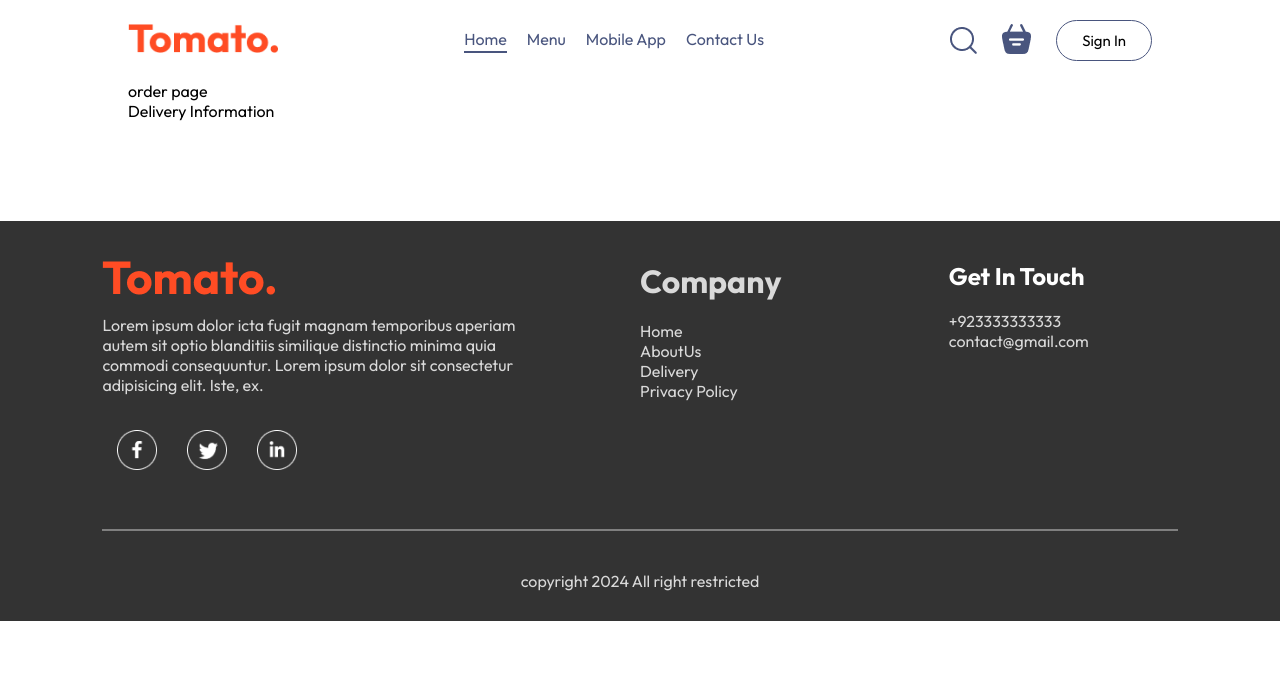
Repository: Attar786/Food-ordering-app
Page: /order (app in frontend/)
These files come from the project's save history. The page is drawn as it stood at one moment and after the next save; the edit follows.
The browser window is 1280 px wide. The pictures show the whole page.
The project was rebuilt for these pictures with package versions that can differ from the ones it lists, and the page was loaded fresh each time. Also part of the build but not shown: frontend/vite.config.js, frontend/src/components/Header/Header.css, frontend/src/components/Header/Header.jsx, frontend/src/components/ExploreMenu/ExploreMenu.css, frontend/src/components/ExploreMenu/ExploreMenu.jsx, frontend/src/components/FoodDisplay/FoodDisplay.css, frontend/src/components/FoodItem/FoodItem.css, frontend/src/components/FoodItem/FoodItem.jsx and 9 more.

Above is the page before, as saved 2024-07-30 20:28:04.

### frontend/src/main.jsx
import ReactDOM from 'react-dom/client'
import App from './App.jsx'
import './index.css'
import {BrowserRouter} from 'react-router-dom'
import StoreContextProvider from './context/StoreContext.jsx'
ReactDOM.createRoot(document.getElementById('root')).render(
<BrowserRouter>

<StoreContextProvider>
<App />
</StoreContextProvider>

    </BrowserRouter>
)

### frontend/src/App.jsx
import './index.css'
import Navbar from "./components/Navbar/Navbar"
import Home from './pages/Home/Home'
import Cart from './pages/Cart/Cart'
import PlaceOrder from './pages/PlaceOrder/PlaceOrder'
import { Route, Routes } from 'react-router-dom'
import Footer from './components/Footer/Footer'

import LoginPopup from './components/LoginPopup/LoginPopup'
import { useState } from 'react'
function App() {
  const [showLogin, setShowLogin] = useState(false);

  return (
    <>
  {showLogin?<LoginPopup setShowLogin={setShowLogin}/>:<></>}
  <div className='app'>
  <Navbar setShowLogin = {setShowLogin} />
<Routes>
<Route path='/' element={<Home/>}/>
<Route path='/cart' element={<Cart/>}/>
<Route path='/order' element={<PlaceOrder/>}/>
</Routes>
  </div>
  <Footer/>
    </>
  )
}

export default App

### frontend/src/index.css
@import url('https://fonts.googleapis.com/css2?family=Outfit:wght@100..900&display=swap');


*{
margin: 0;
padding: 0;
 box-sizing: border-box;
 font-family: outfit;
 scroll-behavior: smooth;
}
body{
height: 100vh;
}
a{
text-decoration: none;
color : inherit;
}
.app{
    width: 80%;
    margin: auto;
}
@keyframes fadeIn{
    0%{
        opacity: 0;
    }
    100%{
        opacity: 1;
    }
}

### frontend/src/context/StoreContext.jsx
import "./StoreContext.css";
import { createContext,useState } from "react";
import { food_list } from "../assets/assets"; // Ensure this path is correct and food_list is correctly exported

export const StoreContext = createContext(null);

const StoreContextProvider = (props) => {
  const [cartItems, setCartItems] = useState({});

  const addToCart = (itemId) => {
    if (!cartItems[itemId]) {
      setCartItems((prev) => ({ ...prev, [itemId]: 1 }));
    } else {
      setCartItems((prev) => ({ ...prev, [itemId]: prev[itemId] + 1 }));
    }
  };

  const removeFromCart = (itemId) => {
    setCartItems((prev) => {
      const newCount = prev[itemId] - 1;
      if (newCount <= 0) {
        const { [itemId]: _, ...rest } = prev;
        return rest;
      } else {
        return { ...prev, [itemId]: newCount };
      }
    });
  };

  const getTotalCartAmount = () => {
    let totalAmount = 0;
    for (const item in cartItems) {
      if (cartItems[item] > 0) {
        let itemInfo = food_list.find((product)=>product._id === item);
        totalAmount += itemInfo.price * cartItems[item];
      }
    }
    return totalAmount;
  }

  // useEffect(() => {
  //   console.log(cartItems);
  // }, [cartItems]);

  const contextValue = {
    food_list,
    cartItems,
    setCartItems,
    addToCart,
    removeFromCart,
    getTotalCartAmount
  };

  return (
    <StoreContext.Provider value={contextValue}>
      {props.children}
    </StoreContext.Provider>
  );
};

export default StoreContextProvider;

### frontend/src/components/Navbar/Navbar.jsx
import { useContext, useState } from 'react';
import './Navbar.css';
import { assets } from '../../assets/assets';
import { Link } from 'react-router-dom'
import { StoreContext } from '../../context/StoreContext';
const Navbar = ({setShowLogin}) => {
  const [menu, setMenu] = useState("home");
  const { getTotalCartAmount}= useContext(StoreContext);
  const handleMenuClick = (menuItem) => {
    setMenu(menuItem);
  };

  return (
<>
<div className="navbar">
    <Link to='/'> <img src={assets.logo} alt="Logo" className="logo" /></Link>
      <ul className="navbar-menu">
        <Link to='/' onClick={() => handleMenuClick("home")} className={menu === "home" ? "active" : ""}>Home</Link>
        <a href='#explore-menu' onClick={() => handleMenuClick("menu")} className={menu === "menu" ? "active" : ""}>Menu</a>
        <a href='#app-download' onClick={() => handleMenuClick("mobile-app")} className={menu === "mobile-app" ? "active" : ""}>Mobile App</a>
        <a href='#footer' onClick={() => handleMenuClick("contact-us")} className={menu === "contact-us" ? "active" : ""}>Contact Us</a>
      </ul>
      <div className="navbar-right">
        <img src={assets.search_icon} alt="search-icon" />
        <div>
         <Link to='/cart'> <img src={assets.basket_icon} alt="icons" /></Link>
          <div className={getTotalCartAmount()===0?"":"dot" }></div>
        </div>
        <button onClick={()=>setShowLogin(true)} >Sign In</button>

      </div>

    </div>

</>
  );
}


export default Navbar;

### frontend/src/pages/PlaceOrder/PlaceOrder.jsx
import './PlaceOrder.css'
const PlaceOrder = () => {
  return (

<form>order page

  <div className="place-order-left">
    <p className="title">Delivery Information</p>
    </div>
</form>
  )
}

export default PlaceOrder

### frontend/src/components/Footer/Footer.jsx
import "./Footer.css"
import { assets } from "../../assets/assets"
const Footer = () => {
  return (
    <div className="footer" id="footer">
<div className="footer-content">
    <div className="footer-content-left">
        <img src={assets.logo} alt="fsf" />
    <p>  Lorem ipsum dolor icta fugit magnam temporibus aperiam autem sit optio blanditiis similique distinctio minima quia commodi consequuntur. Lorem ipsum dolor sit consectetur adipisicing elit. Iste, ex.</p>
    <div className="footer-social-icons">
        <img src={assets.facebook_icon} alt="" />
        <img src={assets.twitter_icon} alt="" />
        <img src={assets.linkedin_icon} alt="" />
    </div>

    </div>
    <div className="footer-content-center">
    <h1>Company</h1>
        <ul>
        <li>Home</li>
        <li>AboutUs</li>
        <li>Delivery</li>
        <li>Privacy Policy</li>
        </ul>
    </div>
    <div className="footer-content-right">
        <h2>Get In Touch</h2>
        <ul>
            <li>
                +923333333333
            </li>
            <li>
                contact@gmail.com
            </li>
        </ul>
    </div>
</div>
<hr/>
<p className="footer-copyright">
copyright 2024 All right restricted
</p>

    </div>
  )
}

export default Footer

### frontend/src/assets/assets.js
import basket_icon from './basket_icon.png'
import logo from './logo.png'
import header_img from './header_img.png'
import search_icon from './search_icon.png'
import menu_1 from './menu_1.png'
import menu_2 from './menu_2.png'
import menu_3 from './menu_3.png'
import menu_4 from './menu_4.png'
import menu_5 from './menu_5.png'
import menu_6 from './menu_6.png'
import menu_7 from './menu_7.png'
import menu_8 from './menu_8.png'

import food_1 from './food_1.png'
import food_2 from './food_2.png'
import food_3 from './food_3.png'
import food_4 from './food_4.png'
import food_5 from './food_5.png'
import food_6 from './food_6.png'
import food_7 from './food_7.png'
import food_8 from './food_8.png'
import food_9 from './food_9.png'
import food_10 from './food_10.png'
import food_11 from './food_11.png'
import food_12 from './food_12.png'
import food_13 from './food_13.png'
import food_14 from './food_14.png'
import food_15 from './food_15.png'
import food_16 from './food_16.png'
import food_17 from './food_17.png'
import food_18 from './food_18.png'
import food_19 from './food_19.png'
import food_20 from './food_20.png'
import food_21 from './food_21.png'
import food_22 from './food_22.png'
import food_23 from './food_23.png'
import food_24 from './food_24.png'
import food_25 from './food_25.png'
import food_26 from './food_26.png'
import food_27 from './food_27.png'
import food_28 from './food_28.png'
import food_29 from './food_29.png'
import food_30 from './food_30.png'
import food_31 from './food_31.png'
import food_32 from './food_32.png'

import add_icon_white from './add_icon_white.png'
import add_icon_green from './add_icon_green.png'
import remove_icon_red from './remove_icon_red.png'
import app_store from './app_store.png'
import play_store from './play_store.png'
import linkedin_icon from './linkedin_icon.png'
import facebook_icon from './facebook_icon.png'
import twitter_icon from './twitter_icon.png'
import cross_icon from './cross_icon.png'
import selector_icon from './selector_icon.png'
import rating_starts from './rating_starts.png'
import profile_icon from './profile_icon.png'
import bag_icon from './bag_icon.png'
import logout_icon from './logout_icon.png'
import parcel_icon from './parcel_icon.png'

export const assets = {
    logo,
    basket_icon,
    header_img,
    search_icon,
    rating_starts,
    add_icon_green,
    add_icon_white,
    remove_icon_red,
    app_store,
    play_store,
    linkedin_icon,
    facebook_icon,
    twitter_icon,
    cross_icon,
    selector_icon,
    profile_icon,
    logout_icon,
    bag_icon,
    parcel_icon
}

export const menu_list = [
    {
        menu_name: "Salad",
        menu_image: menu_1
    },
    {
        menu_name: "Rolls",
        menu_image: menu_2
    },
    {
        menu_name: "Deserts",
        menu_image: menu_3
    },
    {
        menu_name: "Sandwich",
        menu_image: menu_4
    },
    {
        menu_name: "Cake",
        menu_image: menu_5
    },
    {
        menu_name: "Pure Veg",
        menu_image: menu_6
    },
    {
        menu_name: "Pasta",
        menu_image: menu_7
    },
    {
        menu_name: "Noodles",
        menu_image: menu_8
    }]

export const food_list = [
    {
        _id: "1",
        name: "Greek salad",
        image: food_1,
        price: 120,
        description: "Food provides essential nutrients for overall health and well-being",
        category: "Salad"
    },
    {
        _id: "2",
        name: "Veg salad",
        image: food_2,
        price: 180,
        description: "Food provides essential nutrients for overall health and well-being",
        category: "Salad"
    }, {
        _id: "3",
        name: "Clover Salad",
        image: food_3,
        price: 160,
        description: "Food provides essential nutrients for overall health and well-being",
        category: "Salad"
    }, {
        _id: "4",
        name: "Chicken Salad",
        image: food_4,
        price: 240,
        description: "Food provides essential nutrients for overall health and well-being",
        category: "Salad"
    }, {
        _id: "5",
        name: "Lasagna Rolls",
        image: food_5,
        price: 350,
        description: "Food provides essential nutrients for overall health and well-being",
        category: "Rolls"
    }, {
        _id: "6",
        name: "Peri Peri Rolls",
        image: food_6,
        price: 400,
        description: "Food provides essential nutrients for overall health and well-being",
        category: "Rolls"
    }, {
        _id: "7",
        name: "Chicken Rolls",
        image: food_7,
        price: 600,
        description: "Food provides essential nutrients for overall health and well-being",
        category: "Rolls"
    }, {
        _id: "8",
        name: "Veg Rolls",
        image: food_8,
        price: 250,
        description: "Food provides essential nutrients for overall health and well-being",
        category: "Rolls"
    }, {
        _id: "9",
        name: "Ripple Ice Cream",
        image: food_9,
        price: 400,
        description: "Food provides essential nutrients for overall health and well-being",
        category: "Deserts"
    }, {
        _id: "10",
        name: "Fruit Ice Cream",
        image: food_10,
        price: 450,
        description: "Food provides essential nutrients for overall health and well-being",
        category: "Deserts"
    }, {
        _id: "11",
        name: "Jar Ice Cream",
        image: food_11,
        price: 1000,
        description: "Food provides essential nutrients for overall health and well-being",
        category: "Deserts"
    }, {
        _id: "12",
        name: "Vanilla Ice Cream",
        image: food_12,
        price: 700,
        description: "Food provides essential nutrients for overall health and well-being",
        category: "Deserts"
    },
    {
        _id: "13",
        name: "Chicken Sandwich",
        image: food_13,
        price: 580,
        description: "Food provides essential nutrients for overall health and well-being",
        category: "Sandwich"
    },
    {
        _id: "14",
        name: "Vegan Sandwich",
        image: food_14,
        price: 400,
        description: "Food provides essential nutrients for overall health and well-being",
        category: "Sandwich"
    }, {
        _id: "15",
        name: "Grilled Sandwich",
        image: food_15,
        price: 900,
        description: "Food provides essential nutrients for overall health and well-being",
        category: "Sandwich"
    }, {
        _id: "16",
        name: "Bread Sandwich",
        image: food_16,
        price: 700,
        description: "Food provides essential nutrients for overall health and well-being",
        category: "Sandwich"
    }, {
        _id: "17",
        name: "Cup Cake",
        image: food_17,
        price: 300,
        description: "Food provides essential nutrients for overall health and well-being",
        category: "Cake"
    }, {
        _id: "18",
        name: "Vegan Cake",
        image: food_18,
        price: 400,
        description: "Food provides essential nutrients for overall health and well-being",
        category: "Cake"
    }, {
        _id: "19",
        name: "Butterscotch Cake",
        image: food_19,
        price: 350,
        description: "Food provides essential nutrients for overall health and well-being",
        category: "Cake"
    }, {
        _id: "20",
        name: "Sliced Cake",
        image: food_20,
        price: 450,
        description: "Food provides essential nutrients for overall health and well-being",
        category: "Cake"
    }, {
        _id: "21",
        name: "Garlic Mushroom ",
        image: food_21,
        price:650,
        description: "Food provides essential nutrients for overall health and well-being",
        category: "Pure Veg"
    }, {
        _id: "22",
        name: "Fried Cauliflower",
        image: food_22,
        price: 800,
        description: "Food provides essential nutrients for overall health and well-being",
        category: "Pure Veg"
    }, {
        _id: "23",
        name: "Mix Veg Pulao",
        image: food_23,
        price: 900,
        description: "Food provides essential nutrients for overall health and well-being",
        category: "Pure Veg"
    }, {
        _id: "24",
        name: "Rice Zucchini",
        image: food_24,
        price: 650,
        description: "Food provides essential nutrients for overall health and well-being",
        category: "Pure Veg"
    },
    {
        _id: "25",
        name: "Cheese Pasta",
        image: food_25,
        price: 1050,
        description: "Food provides essential nutrients for overall health and well-being",
        category: "Pasta"
    },
    {
        _id: "26",
        name: "Tomato Pasta",
        image: food_26,
        price: 950,
        description: "Food provides essential nutrients for overall health and well-being",
        category: "Pasta"
    }, {
        _id: "27",
        name: "Creamy Pasta",
        image: food_27,
        price: 799,
        description: "Food provides essential nutrients for overall health and well-being",
        category: "Pasta"
    }, {
        _id: "28",
        name: "Chicken Pasta",
        image: food_28,
        price: 950,
        description: "Food provides essential nutrients for overall health and well-being",
        category: "Pasta"
    }, {
        _id: "29",
        name: "Buttter Noodles",
        image: food_29,
        price: 350,
        description: "Food provides essential nutrients for overall health and well-being",
        category: "Noodles"
    }, {
        _id: "30",
        name: "Veg Noodles",
        image: food_30,
        price: 250,
        description: "Food provides essential nutrients for overall health and well-being",
        category: "Noodles"
    }, {
        _id: "31",
        name: "Somen Noodles",
        image: food_31,
        price: 300,
        description: "Food provides essential nutrients for overall health and well-being",
        category: "Noodles"
    }, {
        _id: "32",
        name: "Cooked Noodles",
        image: food_32,
        price: 350,
        description: "Food provides essential nutrients for overall health and well-being",
        category: "Noodles"
    }
]

### frontend/src/components/Navbar/Navbar.css
.navbar{
    padding: 20px 0;
    display: flex;
    justify-content: space-between;
    align-items: center;
}
.navbar .logo{
    width: 150px;
}
.navbar-menu{
    display: flex;
    list-style: none;
    gap: 20px;
    font: 18px;
    color: #49557e;
    cursor: pointer;
}
.navbar-right{
    display: flex;
    align-items: center;
    gap: 25px;

}
.navbar button{
    font-size: 15px;
    border: 1px solid #49557e;
    background: transparent;
    padding: 10px 25px;
    cursor: pointer;
    border-radius: 40px;
    transition: 0.3s;
}
.navbar button:hover{
    background-color: #fff4f2;
}
.navbar .navbar-menu .active{
    padding-bottom: 2px;
    border-bottom: 2px solid #49557e;

}
.search-icon{
    position: relative;
}
/* .search-icon .dot{ */
    /* position: absolute;
    top: -5px;
    right: -5px;
    width: 10px;
    height: 10px;
    background-color: blue;
    border-radius: 50%;
} */
.dot {
    position: absolute;
    top: 17px; /* Adjust as needed */
    right: 268px; /* Adjust as needed */
    width: 10px;
    height: 10px;
    background-color: tomato;
    border-radius: 50%;}

    @media (max-width: 1050px)
    {
        .navbar .logo{
            width: 140px;
        }
        .navbar-menu{
            gap: 20px;
            font-size: 17px;
        }
        .nav-right {
            gap: 30px;
        };
        .navbar-right img{
            width: 22px;
        }
        .navbar-right button{
            padding: 8px 25px;
        };

    }

    @media (max-width: 900px)
    {
        .navbar .logo{
            width: 100px;
        }
        .navbar-menu{
            gap: 10px;
            font-size: 16px;
        }
        .Nav-right {
            gap: 20px;
        }
        .navbar-right img{
            width: 17px;

        }
        .navbar-right button{
            padding: 7px 15px;
            font-size: 10px;
        }
    }

    @media (max-width: 750px)
    {

        .navbar-menu{
            display: none;;
        }
    }

### frontend/src/components/Footer/Footer.css
.footer {
    color: #d9d9d9;
    background-color: hsl(0, 0%, 20%);
    display: flex;
    flex-direction: column;
    align-items: center;
    gap: 20px;
    padding: 30px 8vw; /* Fixed padding syntax */
    padding-top: 40px;
    margin-top: 100px;
}

.footer-content {
    width: 100%;
    display: grid;
    grid-template-columns: 2fr 1fr 1fr;
    gap: 80px;
}

.footer-content-left, .footer-content-center, .footer-content-right {
    display: flex;
    flex-direction: column;
    align-items: start;
    gap: 20px;
}

.footer-content-left li, .footer-content-center li, .footer-content-right li {
    list-style: none;
    cursor: pointer;
}
.footer-content-center h2, .footer-content-right h2 {
    color: white;
}
.footer-social-icons img {
width: 40px;
margin: 15px;
}
.footer-social-icons img:hover {
    width: 40px;
    margin: 15px;
    }
.footer hr{
    width: 100%;
    height: 2px;
    margin: 20px 0;
    background-color : gray;
    border: none;
}
@media (max-width: 1050px) {
    .footer-content{
        display: flex;
        flex-direction:column;
        gap: 35px;
    }
    .footer-copyright{
        text-align: center;
}
}

Loaded but not shown: frontend/index.html (common file); frontend/src/context/StoreContext.css (no stored copy; drawn as an empty file); frontend/src/pages/Home/Home.css (no stored copy; drawn as an empty file)

After the next save:
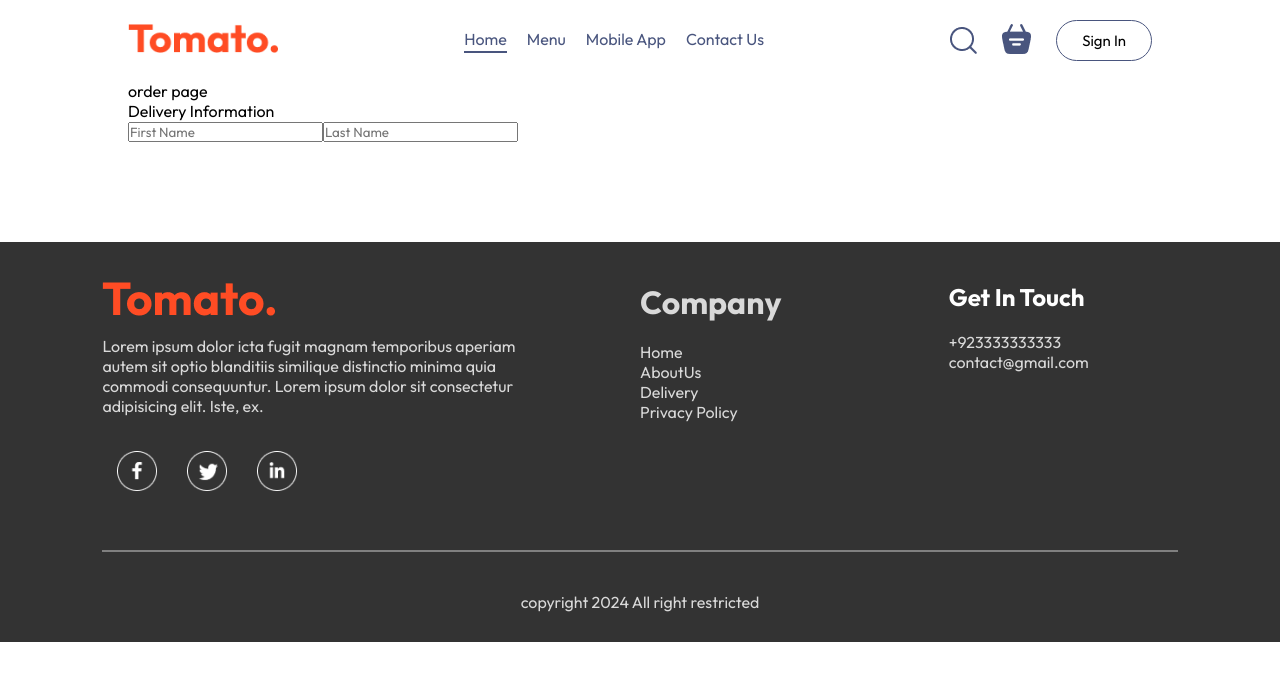
Saved 2 min 30 s later.
--- a/frontend/src/pages/PlaceOrder/PlaceOrder.jsx
+++ b/frontend/src/pages/PlaceOrder/PlaceOrder.jsx
@@ -3,9 +3,12 @@ const PlaceOrder = () => {
   return (
 
 <form>order page
-
   <div className="place-order-left">
     <p className="title">Delivery Information</p>
+    <div className="multi-fields">
+      <input type="text"  placeholder = "First Name" />
+      <input type="text" placeholder = "Last Name" />
+    </div>
     </div>
 </form>
   )
